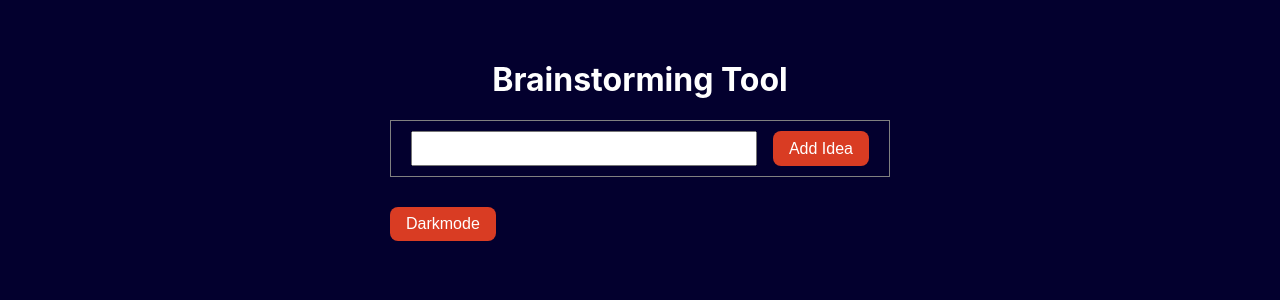
Repository: MateoD-0700/brainstorming-tool-v1
Page: /, after clicking the first element matching `div > button`
An editor plug-in stored every save of this project. The page is shown before and after the next save, followed by the edit.
The browser window is 1280 px wide. The pictures show the whole page.
The project was rebuilt for these pictures with package versions that can differ from the ones it lists, and the page was loaded fresh each time.

Above is the page before, as saved 2021-10-13 22:35:12.

After the next save:
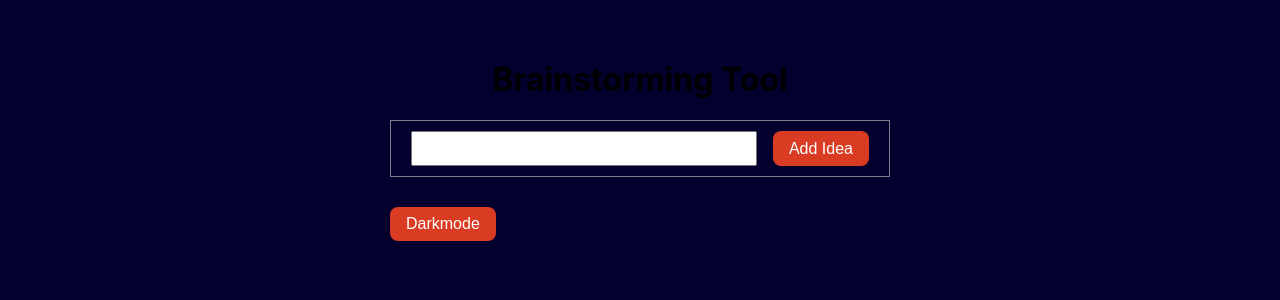
Saved 116 s later.
--- a/src/App.css
+++ b/src/App.css
@@ -83,7 +83,8 @@
 
 .dark {
   background: #03002e;
+
 }
-.dark h1 {
+.dark body {
   color: white;
 }

After the 2 saves that followed:
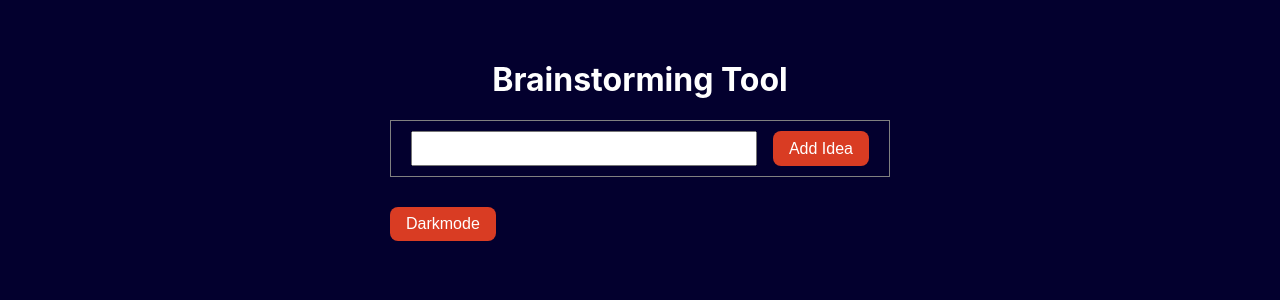
The 2 saves are shown as one change because 1 left the picture as it was.
The last was saved 46 s later.
--- a/src/App.css
+++ b/src/App.css
@@ -85,6 +85,6 @@
   background: #03002e;
 
 }
-.dark body {
+.dark,.todo-actions  {
   color: white;
 }
